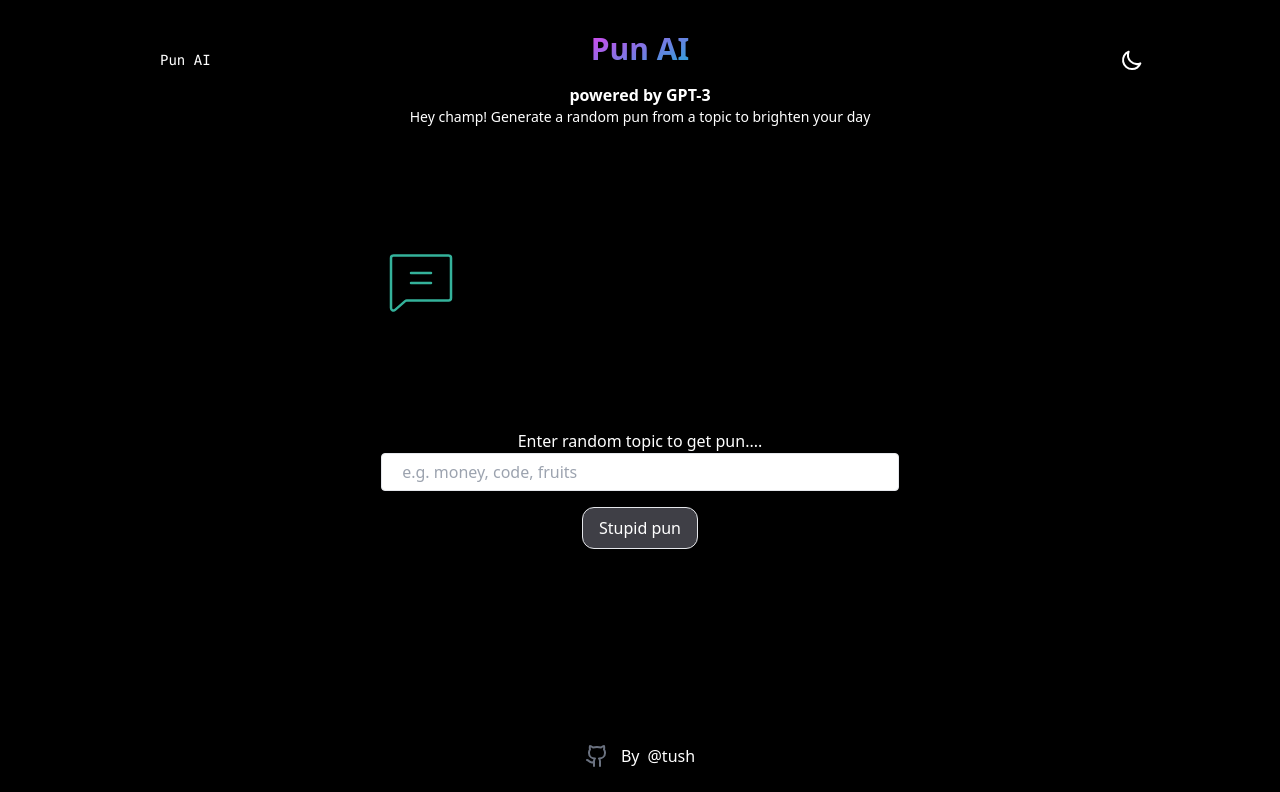
Repository: tushcmd/next-puns-ai
Page: /
The author's editor kept a copy of each file at every save. The page is drawn from the files as they stood at one save, then again after the next save.
The browser window is 1280 px wide. The pictures show the whole page.
The project was rebuilt for these pictures with package versions that can differ from the ones it lists, and the page was loaded fresh each time. The framework's server and built-in components were replaced by stand-ins that run in the browser. Also part of the build but not shown: next.config.mjs, app/components/Spinner.tsx.

Above is the page before, as saved 2024-03-08 06:33:08.

### app/layout.tsx
import type { Metadata } from "next";
import { Inter } from "next/font/google";
import "./globals.css";
import { Providers } from './components/providers'

const inter = Inter({ subsets: ["latin"] });

export const metadata: Metadata = {
  title: "Create Next App",
  description: "Generated by create next app",
};

export default function RootLayout({
  children,
}: Readonly<{
  children: React.ReactNode;
}>) {
  return (
    <html lang="en">
      <body className={`bg-background text-color {inter.className} w-full overflow-y-visible overflow-x-hidden`}>
        <Providers>
          {children}
        </Providers>

      </body>
    </html>
  );
}

### app/page.tsx
import Footer from "./components/footer";
import Header from "./components/header";
import Hero from "./components/hero";



export default function Home() {

  return (
    <main className="flex min-h-screen flex-col items-center">
      <Header />
      <Hero />
      <Footer />
    </main>
  );
}



 {/* async function handleSubmit(e: FormEvent:<HTMLFormElement>) {
    return ;
  }    */}

{/*Nav*/}
{/*
      <div className="z-10 max-w-5xl w-full items-center justify-between font-mono text-sm lg:flex">
        <p className="fixed left-0 top-0 flex w-full justify-center border-b border-gray-300 bg-gradient-to-b from-zinc-200 py-2 backdrop-blur-2xl dark:border-neutral-800 dark:bg-zinc-800/30 dark:from-inherit lg:static lg:w-auto  lg:rounded-xl lg:border lg:bg-gray-200 lg:p-0 lg:dark:bg-zinc-800/30">
          Pun AI
        </p>

        <div className="fixed bottom-0 left-0 flex h-48 w-full items-end justify-center bg-gradient-to-t from-white via-white dark:from-black dark:via-black lg:static lg:h-auto lg:w-auto lg:bg-none">
          {/*<div>
            Dak
       </div>
          <a
            className="pointer-events-none flex place-items-center gap-2 p-8 lg:pointer-events-auto lg:p-0"
            href="https://tushdev.co/"
            target="_blank"
            rel="noopener noreferrer"
          >
            By{" "}
            <p>@tush</p>
          </a>
        </div>
      </div>

      <div className="relative flex flex-col place-items-center before:absolute before:h-[300px] before:w-full sm:before:w-[480px] before:-translate-x-1/2 before:rounded-full before:bg-gradient-radial before:from-white before:to-transparent before:blur-2xl before:content-[''] after:absolute after:-z-20 after:h-[180px] after:w-full sm:after:w-[240px] after:translate-x-1/3 after:bg-gradient-conic after:from-sky-200 after:via-blue-200 after:blur-2xl after:content-[''] before:dark:bg-gradient-to-br before:dark:from-transparent before:dark:to-blue-700 before:dark:opacity-10 after:dark:from-sky-900 after:dark:via-[#0141ff] after:dark:opacity-40 before:lg:h-[360px] z-[-1]">
        <p className="p-4 lg:pb-8 text-xl">
          Generate a random pun from a topic to brighten your day <br /> with Pun AI
        </p>
        <svg
          xmlns="http://www.w3.org/2000/svg"
          width="156"
          height="156"
          viewBox="0 0 24 24"
          fill="none"
          stroke="#FFFFFF"
          stroke-width="2"
          stroke-linecap="round"
          stroke-linejoin="round"
          className="lucide lucide-smile"><circle cx="12" cy="12" r="10" /><path d="M8 14s1.5 2 4 2 4-2 4-2" /><line x1="9" x2="9.01" y1="9" y2="9" /><line x1="15" x2="15.01" y1="9" y2="9"
          />
        </svg>
      </div>

      <form className="flex flex-col justify-between mb-32 text-center lg:max-w-3xl lg:w-full lg:mb-0 lg:grid-cols-4">
        <div className='w-full mb-4'>
          <label className="block items-center justify-center mb-4" htmlFor="prompt-input">
            Enter random topic to get pun...
          </label>
          <input
            className="shadow appearance-none border rounded w-full py-2 px-3 text-gray-700 leading-tight focus:outline-none focus:shadow-outline"
            id="prompt-input"
            type="text"
            placeholder="e.g. money, code, fruits">
          </input>
        </div>
        <button
          type="submit"
          className="bg-blue-500 hover:bg-blue-700 text-white font-bold py-2 px-4 rounded focus:outline-none focus:shadow-outline"
        >
          Generate Pun
        </button>
      </form> */}

### app/globals.css
@tailwind base;
@tailwind components;
@tailwind utilities;


@layer base {
  :root {
    --foreground-rgb: 255, 255, 255;
    --background-start-rgb: 0, 0, 0;
    --background-end-rgb: 0, 0, 0;
  }

  [data-theme="dark"] {
    --foreground-rgb: 0, 0, 0;
    --background-start-rgb: 214, 219, 220;
    --background-end-rgb: 255, 255, 255;
  }


}


* {
  scroll-behavior: smooth;
}


body {
  color: rgb(var(--foreground-rgb));
  background: linear-gradient(
      to bottom,
      transparent,
      rgb(var(--background-end-rgb))
    )
    rgb(var(--background-start-rgb));
}

@layer utilities {
  .text-balance {
    text-wrap: balance;
  }
}

### app/components/providers.tsx
// app/providers.jsx

'use client'

import { ThemeProvider } from 'next-themes'
import React from 'react'

interface ProvidersProps {
  children: React.ReactNode;
}

export function Providers({ children }: ProvidersProps) {
  return <ThemeProvider>{children}</ThemeProvider>
}

### app/components/footer.tsx
import Link from "next/link";


export default function Footer() {
    return (
        <div className="inline-flex p-6 max-w-3xl gap-3 items-center text-center">
            <div>
                <Link
                    href="https://github.com/#"
                    target="_blank"
                    rel="noreferrer"
                    className="text-gray-500 hover:text-gray-900 dark:text-gray-400 dark:hover:text-gray-200"
                >
                    <svg xmlns="http://www.w3.org/2000/svg" width="24" height="24" viewBox="0 0 24 24" fill="none" stroke="currentColor" stroke-width="2" stroke-linecap="round" stroke-linejoin="round" className="lucide lucide-github"><path d="M15 22v-4a4.8 4.8 0 0 0-1-3.5c3 0 6-2 6-5.5.08-1.25-.27-2.48-1-3.5.28-1.15.28-2.35 0-3.5 0 0-1 0-3 1.5-2.64-.5-5.36-.5-8 0C6 2 5 2 5 2c-.3 1.15-.3 2.35 0 3.5A5.403 5.403 0 0 0 4 9c0 3.5 3 5.5 6 5.5-.39.49-.68 1.05-.85 1.65-.17.6-.22 1.23-.15 1.85v4" /><path d="M9 18c-4.51 2-5-2-7-2" /></svg>
                </Link>
            </div>
            <Link
                className="pointer-events-none flex place-items-center gap-2 px-8 lg:pointer-events-auto lg:p-0"
                href="https://tushdev.co/"
                target="_blank"
                rel="noopener noreferrer"
            >
                By{" "}
                <p>@tush</p>
            </Link>

        </div>
    )
}

### app/components/header.tsx
import Link from "next/link";
import ThemeSwitchButton from "./ThemeSwitchButton";

export default function Header() {
    return (
        <header className="fixed flex justify-center items-center w-full t-0 md:pb-4 md:pt-4 backdrop-blur-2xl">
            <div className="flex flex-row items-center w-full py-6 md:max-w-5xl justify-between font-mono text-sm">
                <Link
                    className="px-8"
                    href='/'
                >
                    Pun AI
                </Link>

                <ThemeSwitchButton />
            </div>
        </header>


    );
}


{/*<header className = 'fixed flex justify-center items-center w-full z-50 t-0 border-gray-300 bg-gradient-to-b from-zinc-200 pb-6 pt-8 backdrop-blur-2xl dark:border-neutral-800 dark:bg-zinc-800/30 dark:from-inherit lg:static  lg:rounded-xl lg:border lg:bg-gray-200 lg:p-4 lg:dark:bg-zinc-800/30'>
            <div className="flex items-start md:max-w-5xl py-3 w-auto md:px-5 px-5 justify-start font-mono text-sm">
                <Link href='/' className=''> Pun AI</Link>
            </div>
        </header> */}

{/*} <div className="flex flex-row z-10 max-w-5xl w-full items-center justify-between font-mono text-sm">
            <p className="fixed left-0 top-0 flex items-start border-b border-gray-300 bg-gradient-to-b from-zinc-200 pb-6 pt-8 backdrop-blur-2xl dark:border-neutral-800 dark:bg-zinc-800/30 dark:from-inherit lg:static w-auto  lg:rounded-xl lg:border lg:bg-gray-200 lg:p-4 lg:dark:bg-zinc-800/30">
                Pun AI
            </p>
            <p>h2</p>
        </div> */}

### app/components/hero.tsx
'use client'

import { useState, FormEvent } from "react";
import Spinner from "./Spinner";




export default function Hero() {

    const [pun, setPun] = useState("");
    const [punLoading, setPunLoading] = useState(false);
    const [punLoadingError, setPunLoadingError] = useState(false);

    async function handleSubmit(e: FormEvent<HTMLFormElement>) {
        e.preventDefault();
        const formData = new FormData(e.target as HTMLFormElement);
        const prompt = formData.get("prompt")?.toString().trim();

        if (prompt) {
            try {
                setPun("");
                setPunLoadingError(false);
                setPunLoading(true);

                const response = await fetch("/api/cringe?prompt=" + encodeURIComponent(prompt));
                const body = await response.json();
                setPun(body.pun);
            } catch (error) {
                console.error(error);
                setPunLoadingError(true);
            } finally {
                setPunLoading(false);
            }
        }
    }



    return (
        <div className="flex flex-col relative justify-center items-center h-screen md:py-10 py-6 overflow-wrap max-w-3xl px-5">
            <p className="text-3xl font-bold pb-4 bg-gradient-to-br from-fuchsia-500 to-cyan-500 bg-clip-text text-transparent">Pun AI</p>
            <p className="text-base font-bold">powered by GPT-3</p>
            <div className="text-sm">Hey champ! Generate a random pun from a topic to brighten your day</div>
            <div className='mx-[2rem] relative w-full flex items-center aspect-[12/7]'>
                <svg xmlns="http://www.w3.org/2000/svg" width="80" height="80" fill="#34b29b" viewBox="0 0 256 256"><path d="M216,52H40A12,12,0,0,0,28,64V224a11.89,11.89,0,0,0,6.93,10.88A12.17,12.17,0,0,0,40,236a11.89,11.89,0,0,0,7.69-2.83l.06-.06,32.14-28.17A4,4,0,0,1,82.5,204H216a12,12,0,0,0,12-12V64A12,12,0,0,0,216,52Zm4,140a4,4,0,0,1-4,4H82.5a12.1,12.1,0,0,0-7.79,2.87l-32.16,28.2A4,4,0,0,1,36,224V64a4,4,0,0,1,4-4H216a4,4,0,0,1,4,4Zm-56-80a4,4,0,0,1-4,4H96a4,4,0,0,1,0-8h64A4,4,0,0,1,164,112Zm0,32a4,4,0,0,1-4,4H96a4,4,0,0,1,0-8h64A4,4,0,0,1,164,144Z"></path></svg>
            </div>
            <form onSubmit={handleSubmit} className='flex flex-col justify-between mb-32 text-center items-center'>
                <div className='mb-4'>
                    <label
                        className="pb-8"
                    >
                        Enter random topic to get pun....
                    </label>
                    <input
                        className="shadow appearance-none border rounded w-full py-2 px-5 bg-white text-black dark:text-white leading-tight focus:outline-none focus:shadow-outline"
                        id="prompt-input"
                        type="text"
                        placeholder="e.g. money, code, fruits">
                    </input>
                </div>
                <button type='submit' className='mb-3 border static rounded-xl bg-zinc-700 py-2 px-4 hover:bg-zinc-400 dark:bg-white' disabled={punLoading}>
                    Stupid pun
                </button>
            </form>

            {punLoading && <Spinner />}
            {punLoadingError && "Something went wrong. Please try again."}
            {pun && <h5>{pun}</h5>}
        </div>
    )
}

### app/components/ThemeSwitchButton.tsx
'use client'

import { useEffect, useState } from 'react';
import { useTheme } from 'next-themes';

export default function ThemeSwitchButton() {
    const [mounted, setMounted] = useState(false);
    const { resolvedTheme, setTheme } = useTheme();
    // After mounting, we have access to the theme
    useEffect(() => setMounted(true), []);

    return (

        <button
            aria-label="Toggle Dark Mode"
            type="button"
            className="w-10 h-10  flex items-center justify-center hover:bg-neutral-200 hover:dark:bg-neutral-600 rounded-full transition-all"
            onClick={() =>
                setTheme(resolvedTheme === "dark" ? "light" : "dark")
            }
        >
            {mounted && (
                <svg xmlns="http://www.w3.org/2000/svg"
                    fill="none"
                    viewBox="0 0 24 24"
                    strokeWidth="1.5"
                    stroke="currentColor"
                    className="w-6 h-6 switch">

                    {resolvedTheme === "dark" ? (
                        <path
                            strokeLinecap="round"
                            strokeLinejoin="round"
                            strokeWidth={2}
                            d="M12 3v1m0 16v1m9-9h-1M4 12H3m15.364 6.364l-.707-.707M6.343 6.343l-.707-.707m12.728 0l-.707.707M6.343 17.657l-.707.707M16 12a4 4 0 11-8 0 4 4 0 018 0z"
                        />

                    ) : (
                        <path
                            strokeLinecap="round"
                            strokeLinejoin="round"
                            strokeWidth={2}
                            d="M20.354 15.354A9 9 0 018.646 3.646 9.003 9.003 0 0012 21a9.003 9.003 0 008.354-5.646z"
                        />

                    )}
                </svg>
            )
            }
        </button >

    )
}

### tailwind.config.ts
import type { Config } from "tailwindcss";

const config: Config = {
  darkMode: "class",
  content: [
    "./pages/**/*.{js,ts,jsx,tsx,mdx}",
    "./components/**/*.{js,ts,jsx,tsx,mdx}",
    "./app/**/*.{js,ts,jsx,tsx,mdx}",
  ],
  theme: {
    extend: {
      backgroundImage: {
        "gradient-radial": "radial-gradient(var(--tw-gradient-stops))",
        "gradient-conic":
          "conic-gradient(from 180deg at 50% 50%, var(--tw-gradient-stops))",
      },

      screens: {
        sm: '480px',
        md: '768px',
        lg: '976px',
        xl: '1440px',
      },
    },
  },
  plugins: [],
};
export default config;

After the next save:
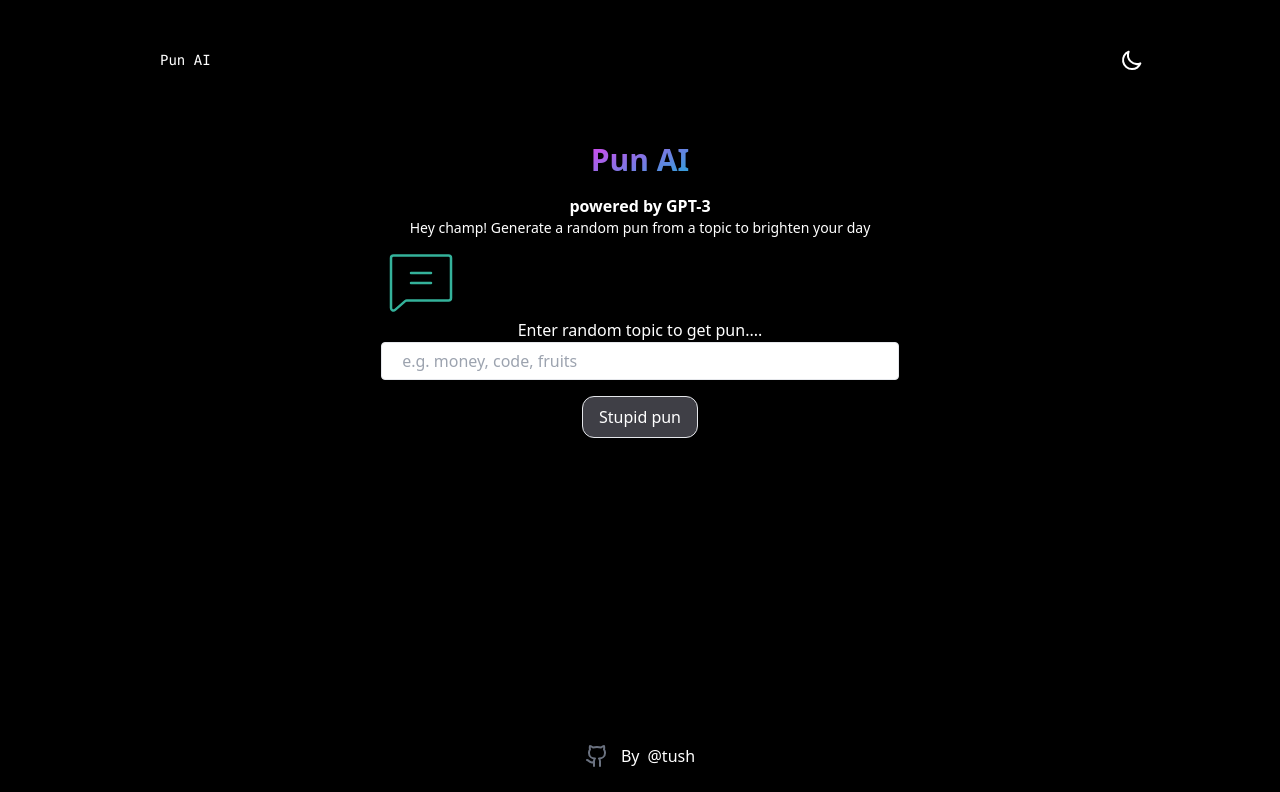
Saved 2 min 12 s later.
--- a/app/components/hero.tsx
+++ b/app/components/hero.tsx
@@ -42,7 +42,7 @@
             <p className="text-3xl font-bold pb-4 bg-gradient-to-br from-fuchsia-500 to-cyan-500 bg-clip-text text-transparent">Pun AI</p>
             <p className="text-base font-bold">powered by GPT-3</p>
             <div className="text-sm">Hey champ! Generate a random pun from a topic to brighten your day</div>
-            <div className='mx-[2rem] relative w-full flex items-center aspect-[12/7]'>
+            <div className='mx-6 relative w-full flex items-center'>
                 <svg xmlns="http://www.w3.org/2000/svg" width="80" height="80" fill="#34b29b" viewBox="0 0 256 256"><path d="M216,52H40A12,12,0,0,0,28,64V224a11.89,11.89,0,0,0,6.93,10.88A12.17,12.17,0,0,0,40,236a11.89,11.89,0,0,0,7.69-2.83l.06-.06,32.14-28.17A4,4,0,0,1,82.5,204H216a12,12,0,0,0,12-12V64A12,12,0,0,0,216,52Zm4,140a4,4,0,0,1-4,4H82.5a12.1,12.1,0,0,0-7.79,2.87l-32.16,28.2A4,4,0,0,1,36,224V64a4,4,0,0,1,4-4H216a4,4,0,0,1,4,4Zm-56-80a4,4,0,0,1-4,4H96a4,4,0,0,1,0-8h64A4,4,0,0,1,164,112Zm0,32a4,4,0,0,1-4,4H96a4,4,0,0,1,0-8h64A4,4,0,0,1,164,144Z"></path></svg>
             </div>
             <form onSubmit={handleSubmit} className='flex flex-col justify-between mb-32 text-center items-center'>

After the 3 saves that followed:
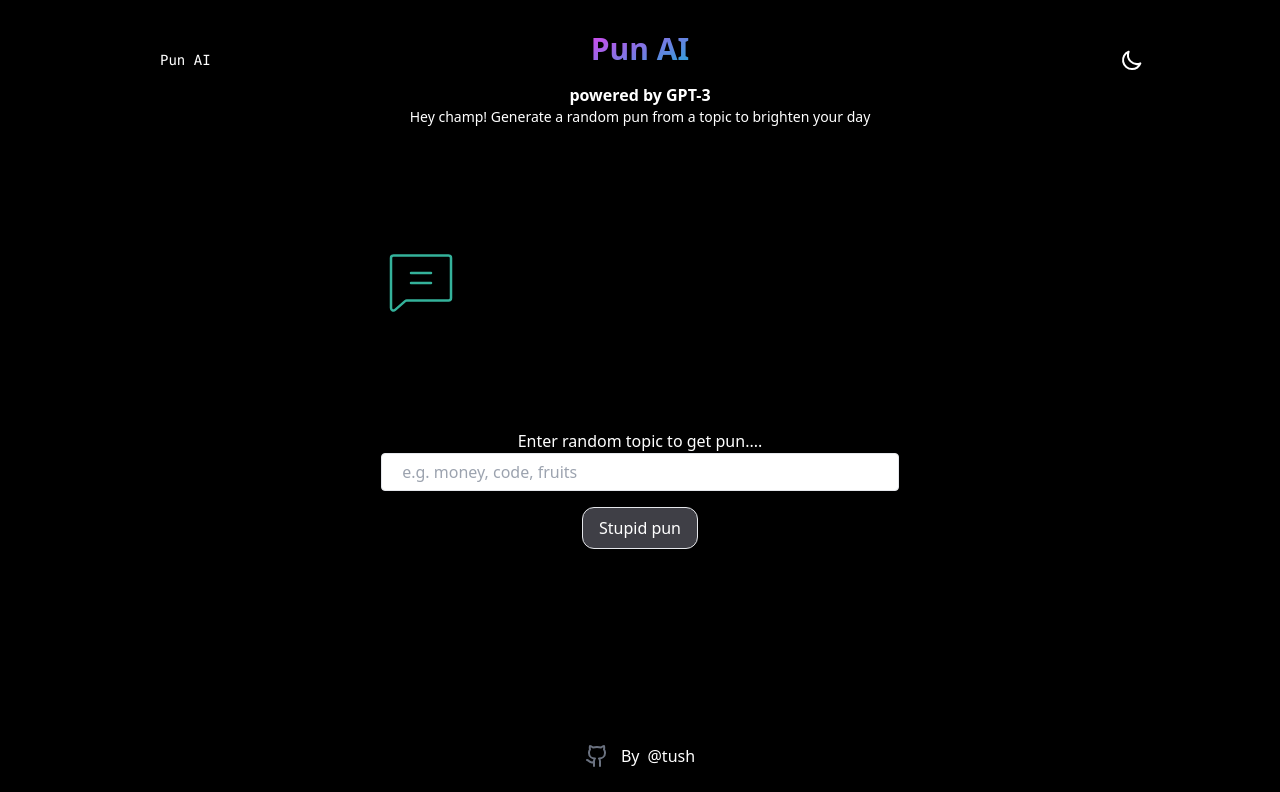
The 3 saves are shown as one change because 2 left the picture as it was.
The last was saved 49 s later.
--- a/app/components/hero.tsx
+++ b/app/components/hero.tsx
@@ -42,7 +42,7 @@
             <p className="text-3xl font-bold pb-4 bg-gradient-to-br from-fuchsia-500 to-cyan-500 bg-clip-text text-transparent">Pun AI</p>
             <p className="text-base font-bold">powered by GPT-3</p>
             <div className="text-sm">Hey champ! Generate a random pun from a topic to brighten your day</div>
-            <div className='mx-6 relative w-full flex items-center'>
+            <div className='mx-[2rem] relative w-full flex items-center aspect-[12/7]'>
                 <svg xmlns="http://www.w3.org/2000/svg" width="80" height="80" fill="#34b29b" viewBox="0 0 256 256"><path d="M216,52H40A12,12,0,0,0,28,64V224a11.89,11.89,0,0,0,6.93,10.88A12.17,12.17,0,0,0,40,236a11.89,11.89,0,0,0,7.69-2.83l.06-.06,32.14-28.17A4,4,0,0,1,82.5,204H216a12,12,0,0,0,12-12V64A12,12,0,0,0,216,52Zm4,140a4,4,0,0,1-4,4H82.5a12.1,12.1,0,0,0-7.79,2.87l-32.16,28.2A4,4,0,0,1,36,224V64a4,4,0,0,1,4-4H216a4,4,0,0,1,4,4Zm-56-80a4,4,0,0,1-4,4H96a4,4,0,0,1,0-8h64A4,4,0,0,1,164,112Zm0,32a4,4,0,0,1-4,4H96a4,4,0,0,1,0-8h64A4,4,0,0,1,164,144Z"></path></svg>
             </div>
             <form onSubmit={handleSubmit} className='flex flex-col justify-between mb-32 text-center items-center'>
